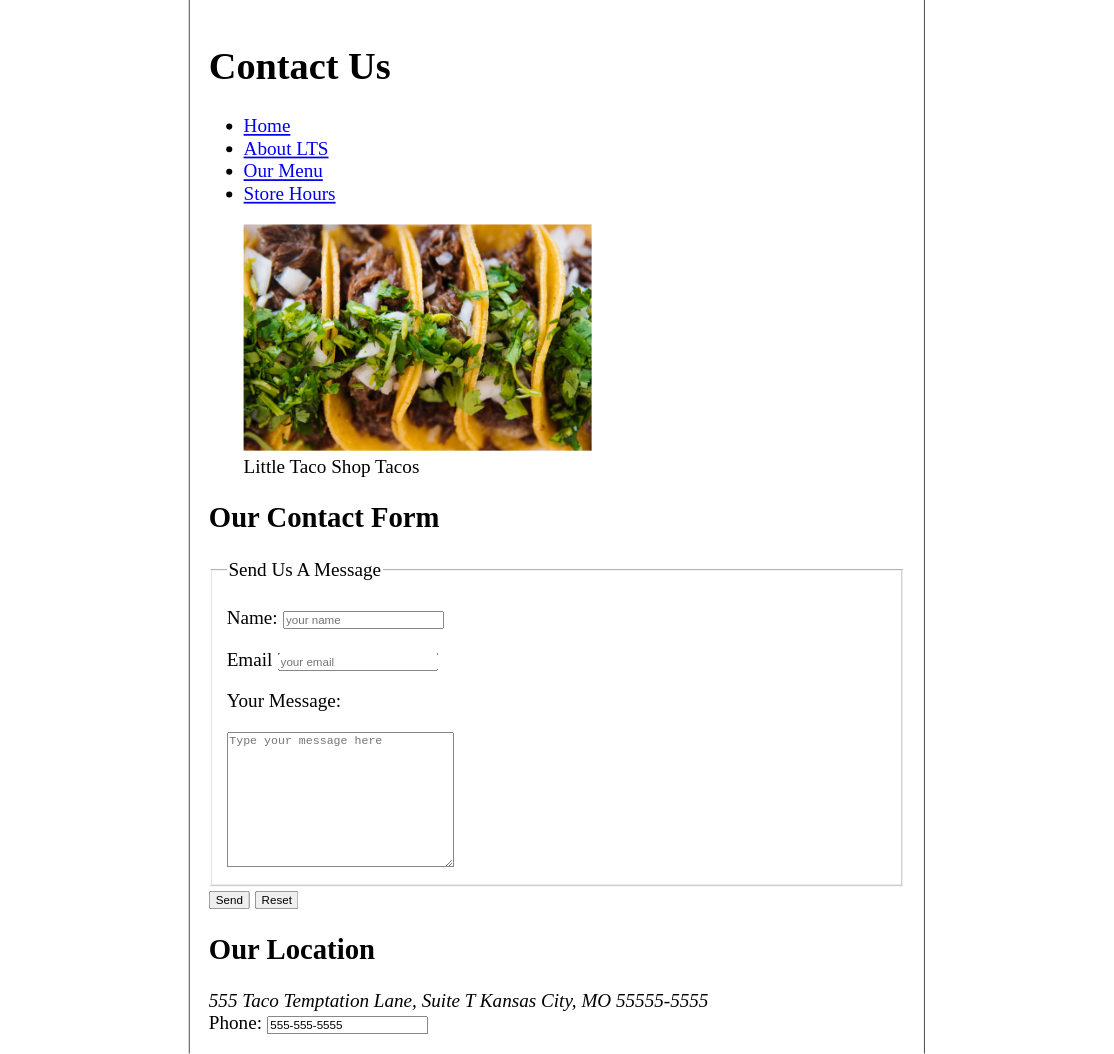
Repository: Israa-Odeh/html-basics-project
Page: contact.html
These files come from the project's save history. The page is drawn as it stood at one moment and after a run of saves; the edit follows.
The browser window is 1280 px wide. The pictures show the whole page, at 87% of full size.

Above is the page before, as saved 2024-08-20 03:14:02.

### contact.html
<!DOCTYPE html>
<html>

<head>
    <meta charset="UTF-8">
    <meta name="author" content="Israa Odeh">
    <meta name="description"
        content="Get in touch with Little Taco Shop! Visit our Contact Us page for our phone number, and location details. We are here to help with any questions or feedback.">
    <title>Contact Us - LTS</title>
    <link rel="icon" href="favicon.ico" type="image/x-icon">
    <link rel="stylesheet" href="css/style.css">
</head>

<body>
    <header>
        <h1>Contact Us</h1>
        <nav>
            <ul>
                <li>
                    <a href="index.html">Home</a>
                </li>
                <li>
                    <a href="index.html#about">About LTS</a>
                </li>
                <li>
                    <a href="index.html#menu">Our Menu</a>
                </li>
                <li>
                    <a href="hours.html">Store Hours</a>
                </li>
            </ul>
        </nav>
        <figure>
            <img src="img/tacos_close_up_400x260.png"
                alt="Close-up of a taco topped with fresh onions and vibrant parsley." width="400" height="260">
            <figcaption>Little Taco Shop Tacos</figcaption>
        </figure>
    </header>

    <main>
        <h2>Our Contact Form</h2>
        <form action="https://httpbin.org/post" method="post">
            <fieldset>
                <legend>Send Us A Message</legend>
                <p>
                    <label for="name">Name:</label>
                    <input type="text" id="name" name="name" placeholder="your name" required autocomplete="name">
                </p>
                <p>
                    <label for="email">Email</label>
                    <input type="email" id="email" name="email" placeholder="your email" required autocomplete="email">
                </p>
                <p>Your Message:</p>
                <textarea name="messgae" id="message" rows="10" cols="30" placeholder="Type your message here"
                    required></textarea>
            </fieldset>
            <button type="submit">Send</button>
            <button type="reset">Reset</button>
        </form>

        <h2>Our Location</h2>
        <address>
            555 Taco Temptation Lane, Suite T
            Kansas City, MO 55555-5555
        </address>
        <label for="phone-number">Phone: </label>
        <input type="tel" name="phone-number" id="phone-number" value="555-555-5555">

    </main>

    <footer>

    </footer>

</body>

</html>

Loaded but not shown: css/style.css (common file)

After the next 3 saves:
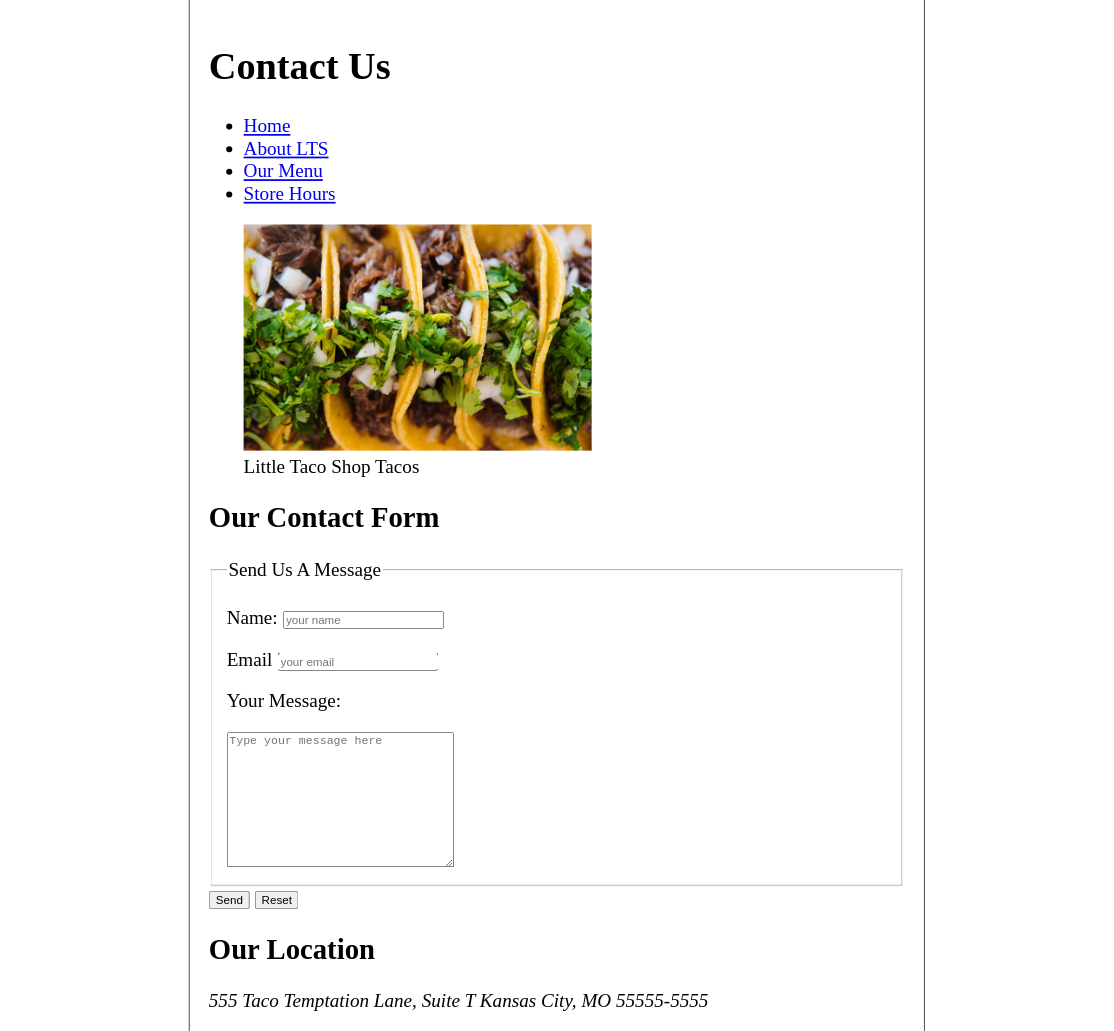
The 3 saves are shown as one change because they came seconds apart.
The last was saved 12 s later.
--- a/contact.html
+++ b/contact.html
@@ -63,8 +63,7 @@
             555 Taco Temptation Lane, Suite T
             Kansas City, MO 55555-5555
         </address>
-        <label for="phone-number">Phone: </label>
-        <input type="tel" name="phone-number" id="phone-number" value="555-555-5555">
+        <a>
 
     </main>
 
